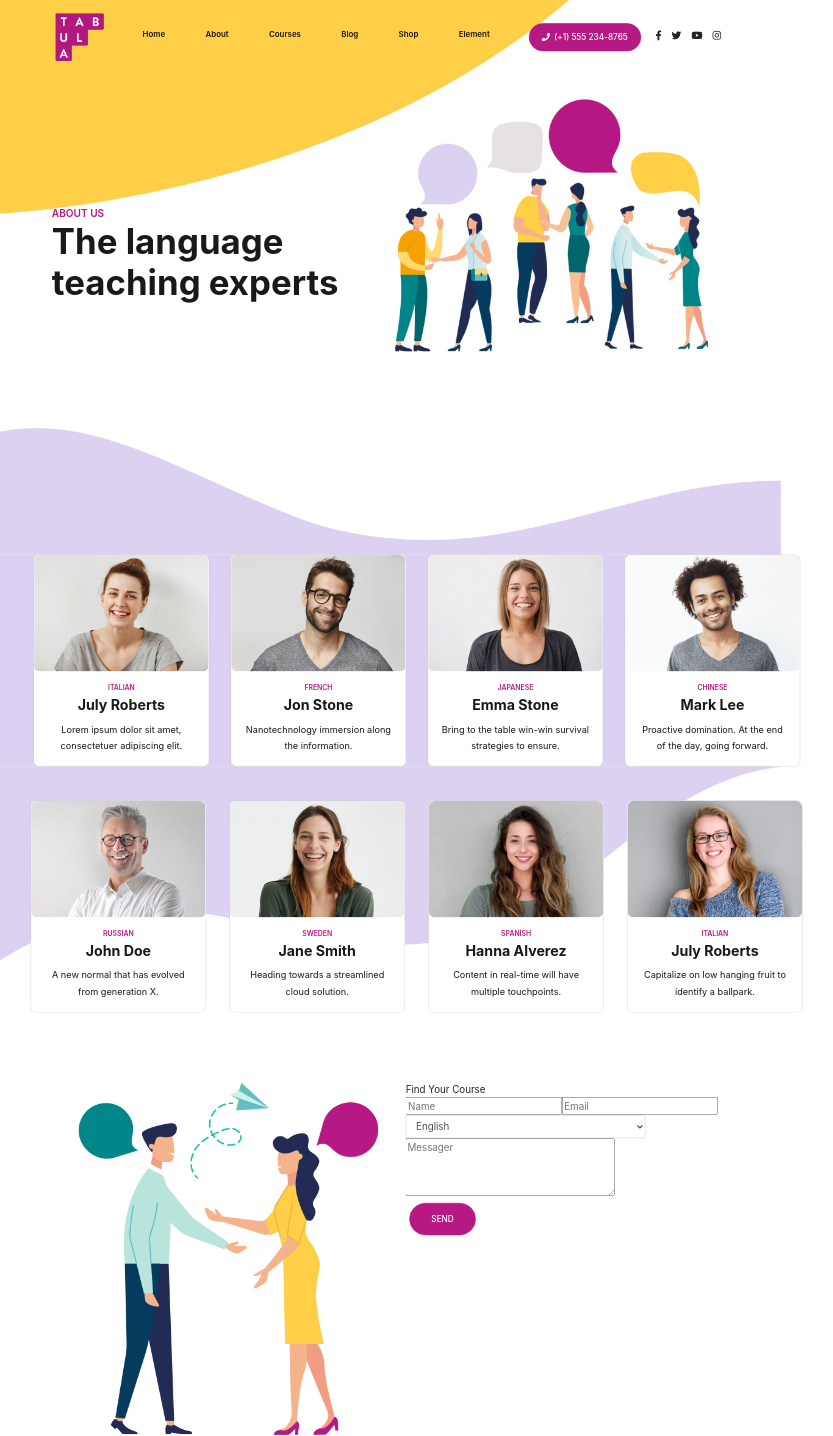
Repository: Khanh1234-glitch/TruongNguyenBaoKhanh_BC22_assignment__tabula
Page: Tabula/index.html
The author's editor kept a copy of each file at every save. The page is drawn from the files as they stood at one save, then again after the next save.
The browser window is 1280 px wide. The page is 1366 px wide, so the pictures cover 1366 px, including what lies to the right of the window. The pictures show the whole page, at 61% of full size.
The style sheet was rebuilt from its Sass, Less or Tailwind sources for each picture, by a compiler version that may differ from the author's.

Above is the page before, as saved 2022-04-18 09:48:54.

### Tabula/index.html
<!doctype html>
<html lang="en">

<head>
    <title>Title</title>
    <!-- Required meta tags -->
    <meta charset="utf-8">
    <meta name="viewport" content="width=device-width, initial-scale=1, shrink-to-fit=no">
    <!-- link css -->
    <link rel="stylesheet" href="./css/style.css">
    <!-- link fontawesome -->
    <link rel="stylesheet" href="https://cdnjs.cloudflare.com/ajax/libs/font-awesome/5.15.4/css/all.min.css">
    <!-- Bootstrap CSS -->
    <link rel="stylesheet" href="https://stackpath.bootstrapcdn.com/bootstrap/4.3.1/css/bootstrap.min.css" integrity="sha384-ggOyR0iXCbMQv3Xipma34MD+dH/1fQ784/j6cY/iJTQUOhcWr7x9JvoRxT2MZw1T" crossorigin="anonymous">
</head>

<body>
    <header>
        <nav class="navbar container navbar-expand-md navbar-dark">
            <!-- Toggler/collapsibe Button -->
            <button class="navbar-toggler" type="button" data-toggle="collapse" data-target="#collapsibleNavbar">
                <span class="navbar-toggler-icon"></span>
            </button>
            <!-- Brand -->
            <img style="cursor:pointer" src="./img/crest.png" alt="">
            <!-- Navbar links -->
            <div class="collapse navbar-collapse " id="collapsibleNavbar">
                <ul class="navbar-nav ml-auto">
                    <li class="nav-item">
                        <a class="nav-link" href="#">Home</a>
                    </li>
                    <li class="nav-item">
                        <a class="nav-link" href="#">About</a>
                    </li>
                    <li class="nav-item">
                        <a class="nav-link" href="#">Courses</a>
                    </li>
                    <li class="nav-item">
                        <a class="nav-link" href="#">Blog</a>
                    </li>
                    <li class="nav-item">
                        <a class="nav-link" href="#">Shop</a>
                    </li>
                    <li class="nav-item">
                        <a class="nav-link" href="#">Element</a>
                    </li>
                    <li class="button">
                        <button class="btn-header"><i style="margin-right:7px;" class="fa fa-phone"></i> (+1) 555 234-8765</button>
                    </li>
                    <li class="nav-item" style="margin-top:10px">
                        <i class="fab fa-facebook-f"></i>
                        <i class="fab fa-twitter"></i>
                        <i class="fab fa-youtube"></i>
                        <i class="fab fa-instagram"></i>
                    </li>
                </ul>
            </div>
        </nav>
        <div class="hero-book container ">
            <div class="text-left">
                <span>ABOUT US</span>
                <h1>The language teaching experts</h1>
            </div>
            <div class="img-right">
                <img src="./img/hero_team.png" alt="">
            </div>
        </div>
    </header>
    <section class="column-img ">
        <img src="./img/Violet_top_left_wave.png" alt="">
        <div class="bg-card">
            <div class="container-card ">
                <div class="card" style="width: 18rem;">
                    <div class="img-card">
                        <img class="card-img-top" srcset="./img/teacher_1.jpg " alt="Card image cap">
                    </div>
                    <div class="card-body">
                        <p>ITALIAN</p>
                        <h5 class="card-title">July Roberts</h5>
                        <p class="card-text">Lorem ipsum dolor sit amet, consectetuer adipiscing elit.</p>
                    </div>
                </div>
                <div class="card" style="width: 18rem;">
                    <div class="img-card">
                        <img class="card-img-top" srcset="./img/teacher_2.jpg " alt="Card image cap">
                    </div>
                    <div class="card-body">
                        <p>FRENCH</p>
                        <h5 class="card-title">Jon Stone
                        </h5>
                        <p class="card-text">Nanotechnology immersion along the information.</p>
                    </div>
                </div>
                <div class="card" style="width: 18rem;">
                    <div class="img-card">
                        <img class="card-img-top" srcset="./img/teacher_3.jpg" alt="Card image cap">
                    </div>
                    <div class="card-body">
                        <p>JAPANESE</p>
                        <h5 class="card-title">Emma Stone</h5>
                        <p class="card-text">Bring to the table win-win survival strategies to ensure.</p>
                    </div>
                </div>
                <div class="card" style="width: 18rem;">
                    <div class="img-card">
                        <img class="card-img-top" srcset="./img/teacher_4.jpg " alt="Card image cap">
                    </div>
                    <div class="card-body">
                        <p>CHINESE</p>
                        <h5 class="card-title">Mark Lee</h5>
                        <p class="card-text">Proactive domination. At the end of the day, going forward.</p>
                    </div>
                </div>
            </div>
        </div>

        <img src="./img/Violet_bottom_left_wave.png" alt="">
        <div class="card-bottom">
            <div class="container-card ">
                <div class="card" style="width: 18rem;">
                    <div class="img-card">
                        <img class="card-img-top" srcset="./img/teacher_5.jpg " alt="Card image cap">
                    </div>
                    <div class="card-body">
                        <p>RUSSIAN</p>
                        <h5 class="card-title">John Doe</h5>
                        <p class="card-text">A new normal that has evolved from generation X.</p>
                    </div>
                </div>
                <div class="card" style="width: 18rem;">
                    <div class="img-card">
                        <img class="card-img-top" srcset="./img/teacher_6.jpg " alt="Card image cap">
                    </div>
                    <div class="card-body">
                        <p>SWEDEN</p>
                        <h5 class="card-title">Jane Smith</h5>
                        <p class="card-text">Heading towards a streamlined cloud solution.</p>
                    </div>
                </div>
                <div class="card" style="width: 18rem;">
                    <div class="img-card">
                        <img class="card-img-top" srcset="./img/teacher_7.jpg " alt="Card image cap">
                    </div>
                    <div class="card-body">
                        <p>SPANISH</p>
                        <h5 class="card-title">Hanna Alverez</h5>
                        <p class="card-text">Content in real-time will have multiple touchpoints.</p>
                    </div>
                </div>
                <div class="card" style="width: 18rem;">
                    <div class="img-card">
                        <img class="card-img-top" srcset="./img/teacher_8.jpg " alt="Card image cap">
                    </div>
                    <div class="card-body">
                        <p>ITALIAN</p>
                        <h5 class="card-title">July Roberts</h5>
                        <p class="card-text">Capitalize on low hanging fruit to identify a ballpark.</p>
                    </div>
                </div>
            </div>
        </div>
    </section>
    <section class="contact-form container">
        <div class="img-left">
            <img src="./img/conatct_inner.png" alt="">
        </div>
        <div class="form-right">
            <div class="form">
                <div class="title">Find Your Course</div>
                <div class="row-form">
                    <div class="name-form"><input type="text" placeholder="Name"></div>
                    <div class="email-form"><input type="text" placeholder="Email"></div>
                </div>
                <div class="seclect-form">
                    <select class="form-control" id="exampleFormControlSelect1">
                        <option>English</option>
                        <option>French</option>
                        <option>Spanish</option>
                        <option>German</option>
                    </select>
                </div>
                <div class="text-form">
                    <textarea name="" id="" cols="30" rows="10" placeholder="Messager"></textarea>
                </div>
                <button class="btn-form">Send</button>
            </div>
        </div>
    </section>

    <!-- Optional JavaScript -->
    <!-- jQuery first, then Popper.js, then Bootstrap JS -->
    <script src="https://code.jquery.com/jquery-3.3.1.slim.min.js" integrity="sha384-q8i/X+965DzO0rT7abK41JStQIAqVgRVzpbzo5smXKp4YfRvH+8abtTE1Pi6jizo" crossorigin="anonymous"></script>
    <script src="https://cdnjs.cloudflare.com/ajax/libs/popper.js/1.14.7/umd/popper.min.js" integrity="sha384-UO2eT0CpHqdSJQ6hJty5KVphtPhzWj9WO1clHTMGa3JDZwrnQq4sF86dIHNDz0W1" crossorigin="anonymous"></script>
    <script src="https://stackpath.bootstrapcdn.com/bootstrap/4.3.1/js/bootstrap.min.js" integrity="sha384-JjSmVgyd0p3pXB1rRibZUAYoIIy6OrQ6VrjIEaFf/nJGzIxFDsf4x0xIM+B07jRM" crossorigin="anonymous"></script>
</body>

</html>

### Tabula/Sass/style.scss
@import "./helper/mixin";
@import "./helper/variable";
@import "./Component/navbar";
@import "./Component/button";
@import "./Component/social";
@import "./Component/herobook";
@import "./Component/card-info";
@import "./Component/footer-form";

### Tabula/Sass/helper/_mixin.scss
@mixin content($fs, $fw, $color) {
    font-size: $fs;
    font-weight: $fw;
    background-color: $color;
}

@mixin content2($fs, $fw, $color) {
    font-size: $fs;
    font-weight: $fw;
    color: $color;
}

### Tabula/Sass/helper/_variable.scss
//color
$color:#e6afd4;
$color2:#181818;
$color3:#b61984 !important;
$color4:#191919 !important;
$color5:#dcd1f3;
//font weight
$fw-1:500;
$fw-2:600;
$fw-3:700;
$fw-4:800;
$fw-0:300;
//font-size
$fs-1:13px;
$fs-2:57px;
$fs-3:16.5px;
$fs-4:14.625px;
$fs-5:13.125px;
$fs-6:13.5px;
$fs-7:16.5px;
$fs-8:15px;
$fs-9:17.25px;
$fs-10:11.25px;
$fs-11:23.25px;

### Tabula/Sass/Component/_navbar.scss
body {
    background: url("./../../img/yellow_top_wave_01.png");
    background-repeat: no-repeat;
    header {
        .navbar-nav {
            .nav-item {
                a {
                    @include content2($fs-1,
                    $fw-2,
                    $color2);
                    line-height: 80px;
                    margin-right: 50px;
                    color: $color2 !important;
                    transition: all 0.5s;
                    &::after {
                        content: "";
                        width: 10px;
                        height: 10px;
                        margin-left: 7px;
                        border-radius: 100%;
                        display: block;
                        background-color: $color3;
                        transition: all 0.5s;
                        transform: scaleX(0);
                    }
                    &:hover {
                        color: $color3;
                        &::after {
                            transform: scaleX(1);
                        }
                    }
                }
            }
        }
    }
}

### Tabula/Sass/Component/_button.scss
    .navbar-nav {
        .button {
            display: flex;
            align-items: center;
            margin-right: 18px;
            button {
                @include content($fs-6, $fw-1, $color3);
                align-items: center;
                border-radius: 50px;
                display: flex;
                justify-content: center;
                line-height: 13.5px;
                margin: 6px;
                padding: 14.85px 20.25px;
                text-align: center;
                color: #fff;
                border: 1px solid $color3;
                transition: all 0.2s;
                &:hover {
                    background-color: #fff !important;
                    border: 1px solid $color3;
                    color: $color3;
                }
            }
        }
    }

    .form {
        button {
            @include content($fs-6, $fw-1, $color3);
            align-items: center;
            border-radius: 50px;
            display: flex;
            justify-content: center;
            line-height: 13.5px;
            margin: 6px;
            padding: 18.9px 35.1px;
            text-align: center;
            color: #fff;
            border: 1px solid $color3;
            transition: all 0.2s;
            text-transform: uppercase;
            &:hover {
                background-color: #fff !important;
                border: 1px solid $color3;
                color: $color3;
            }
        }
    }

### Tabula/Sass/Component/_social.scss
.navbar-nav {
    .nav-item {
        i {
            margin-right: 12px;
            line-height: 80px;
            cursor: pointer;
            transition: all 0.5s;
            &:hover {
                color: $color3;
            }
        }
    }
}

### Tabula/Sass/Component/_herobook.scss
.hero-book {
    display: flex;
    .text-left {
        margin-top: 216px;
        span {
            @include content2($fs-7, $fw-2, $color3);
            line-height: 19.8px;
        }
        h1 {
            @include content2($fs-2, $fw-3, $color4);
            line-height: 68.4px;
        }
    }
}

### Tabula/Sass/Component/_card-info.scss
.column-img {
    position: relative;
    margin-bottom: 200px;
    img {
        width: 100%;
        height: auto;
        display: block;
    }
    .bg-card {
        background-color: $color5;
        .container-card {
            display: grid;
            grid-template-columns: repeat(4, 1fr);
            gap: 35px;
            margin: 0 55px;
            .card-body {
                text-align: center;
                p:first-of-type {
                    @include content2($fs-10, $fw-2, $color3);
                    line-height: 13.5px;
                    margin: 0px 0px 7.875px;
                }
                h5 {
                    @include content2($fs-11, $fw-3, $color4);
                    line-height: 27.9px;
                }
                p:last-child {
                    color: $color2;
                    font-size: 15px;
                    line-height: 27px;
                    text-align: center;
                }
            }
            .card {
                border-radius: 10px;
                transition: all 0.5s;
                .img-card {
                    overflow: hidden;
                    border-radius: 10px;
                }
                &:hover {
                    box-shadow: 0 8px 60px 0 rgba(103, 151, 255, .11), 0 12px 90px 0 rgba(103, 151, 255, .11);
                    img {
                        transform: scale(1.1);
                        -webkit-transform: scale(1.1);
                        -moz-transform: scale(1.1);
                        -o-transform: scale(1.1);
                        -ms-transform: scale(1.1);
                    }
                }
                img {
                    border-top-left-radius: 10px;
                    border-top-right-radius: 10px;
                    transition: all 0.3s;
                }
            }
        }
    }
}

.card-bottom {
    position: absolute;
    top: 70%;
    .container-card {
        display: grid;
        grid-template-columns: repeat(4, 1fr);
        gap: 38px;
        margin: 0 50px;
        .card-body {
            text-align: center;
            p:first-of-type {
                @include content2($fs-10, $fw-2, $color3);
                line-height: 13.5px;
                margin: 0px 0px 7.875px;
            }
            h5 {
                @include content2($fs-11, $fw-3, $color4);
                line-height: 27.9px;
            }
            p:last-child {
                color: $color2;
                font-size: 15px;
                line-height: 27px;
                text-align: center;
            }
        }
        .card {
            border-radius: 10px;
            transition: all 0.5s;
            .img-card {
                overflow: hidden;
                border-radius: 10px;
            }
            &:hover {
                box-shadow: 0 8px 60px 0 rgba(103, 151, 255, .11), 0 12px 90px 0 rgba(103, 151, 255, .11);
                img {
                    transform: scale(1.1);
                    -webkit-transform: scale(1.1);
                    -moz-transform: scale(1.1);
                    -o-transform: scale(1.1);
                    -ms-transform: scale(1.1);
                }
            }
            img {
                border-top-left-radius: 10px;
                border-top-right-radius: 10px;
                transition: all 0.3s;
            }
        }
    }
}

### Tabula/Sass/Component/_footer-form.scss
    .contact-form {
        display: flex;
        .form-right {
            .form {
                width: 393px;
                height: 504px;
                .row-form {
                    display: flex;
                }
                .text-form {
                    textarea {
                        width: 343px;
                        height: 94px;
                    }
                }
            }
        }
    }

After the next save:
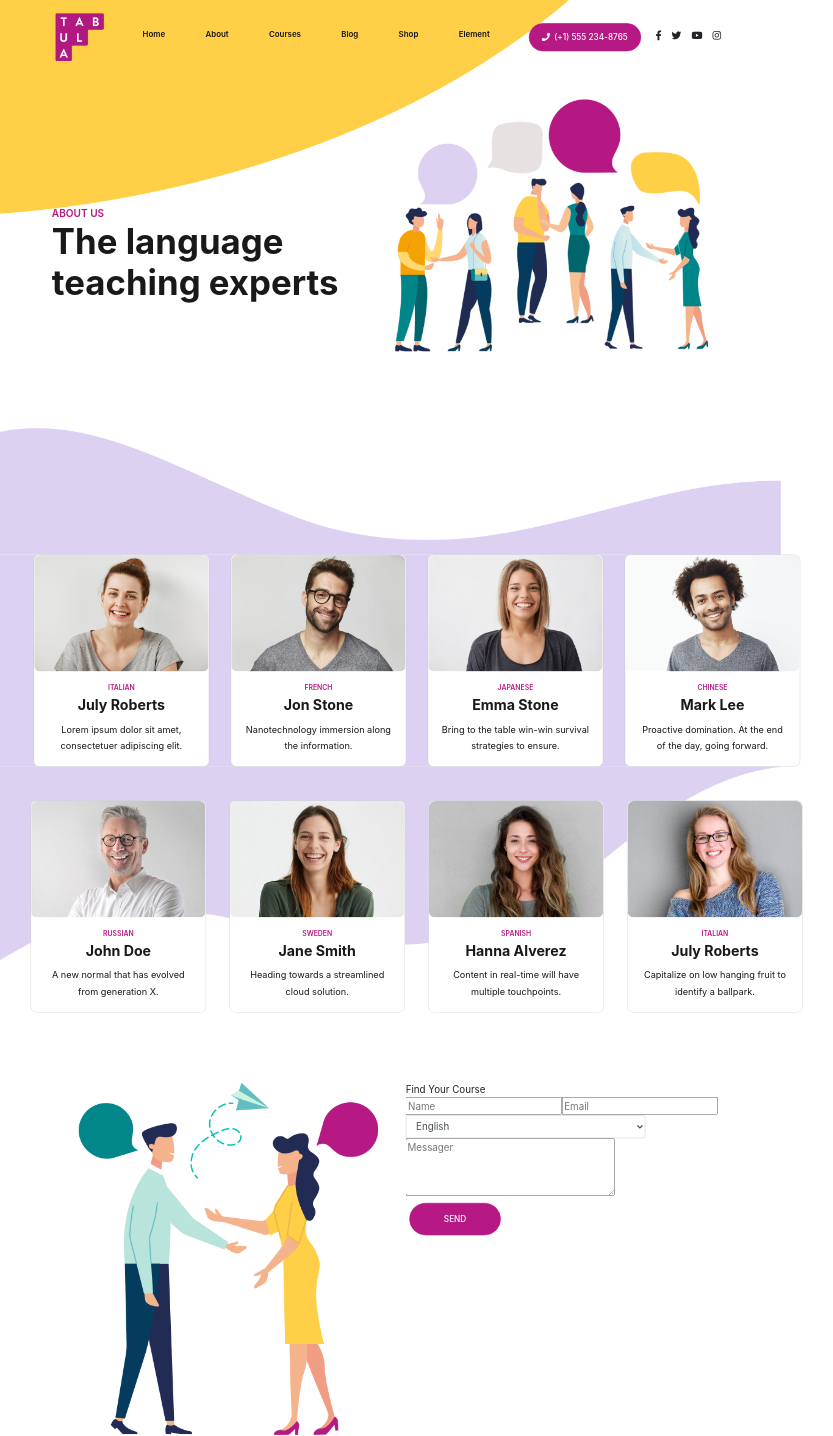
Saved 53 s later.
--- a/Tabula/Sass/Component/_button.scss
+++ b/Tabula/Sass/Component/_button.scss
@@ -27,6 +27,7 @@
 
     .form {
         button {
+            width: 150px;
             @include content($fs-6, $fw-1, $color3);
             align-items: center;
             border-radius: 50px;
